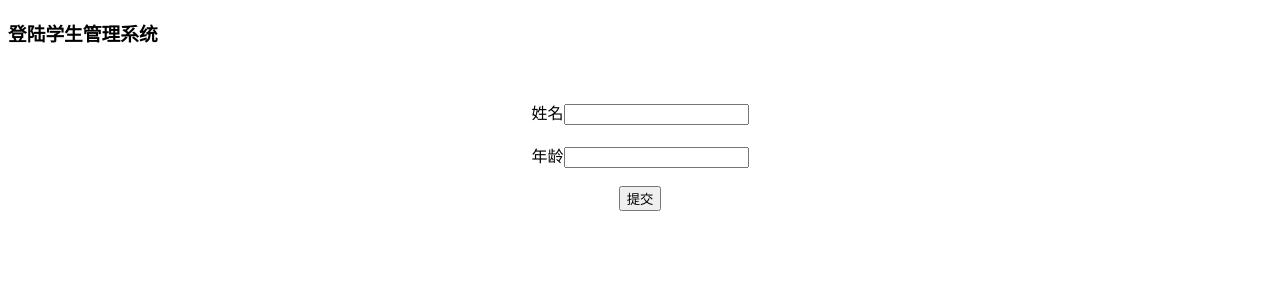
Repository: DataBoxWx/mvc_servlet_3
Page: http://localhost/crud_1/jsp/studentadd.jsp
These files come from the project's save history. The page is drawn as it stood at one moment and after the next save; the edit follows.
The browser window is 1280 px wide. The pictures show the whole page.
The page is served by Tomcat 9.

Above is the page before, as saved 2018-05-06 05:17:23.

After the next save:
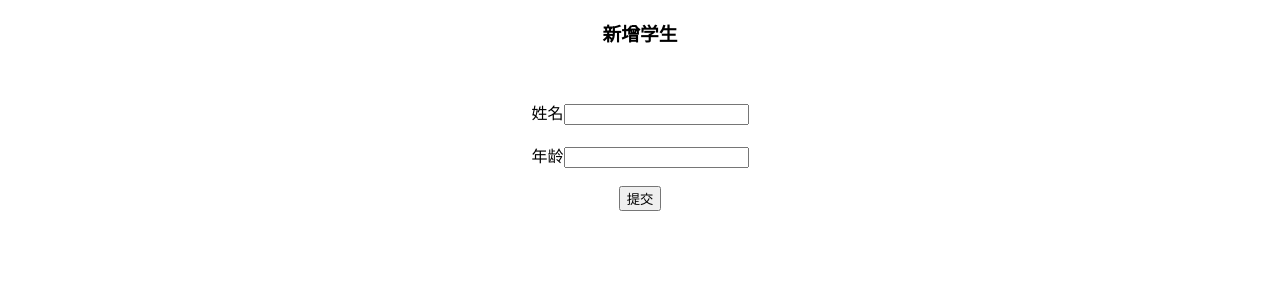
Saved 38 s later.
--- a/crud_1/WebContent/jsp/studentadd.jsp
+++ b/crud_1/WebContent/jsp/studentadd.jsp
@@ -19,7 +19,7 @@
 </script>
 </head>
 <body>
-	<h3>登陆学生管理系统</h3>
+	<h3 align="center">新增学生</h3>
 	<br/><br/>
 	<form action="student/add.do" id="form" style="text-align: center">
 		姓名<input type="text" name="username" id="usernameid"><span id= "span1"></span><br/><br/>
